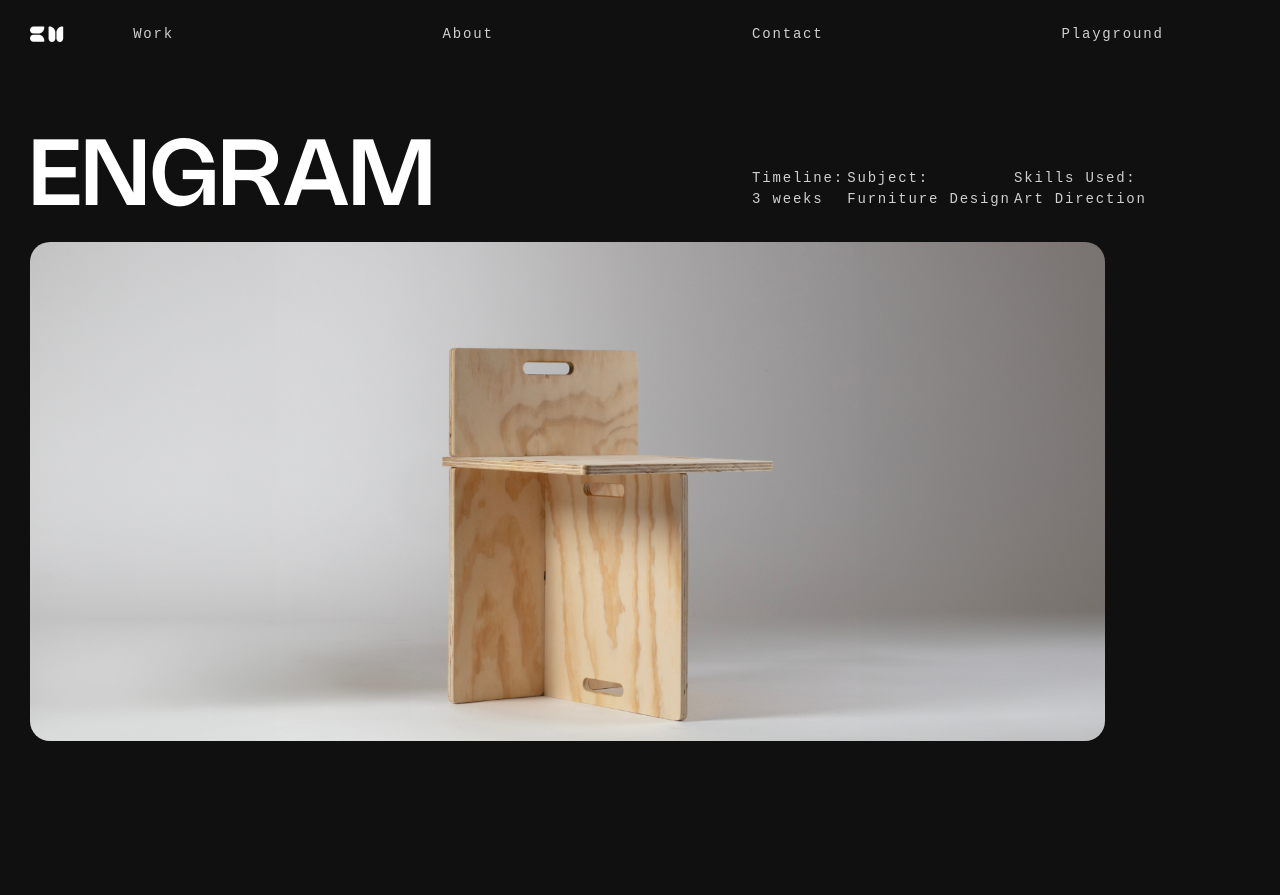
Repository: theethanwright/ethan_wright_portfolio
Page: work/work.html
These files come from the project's save history. The page is drawn as it stood at one moment and after the next save; the edit follows.
The browser window is 1280 px wide. The pictures show the whole page.

Above is the page before, as saved 2023-12-25 23:21:17.

### work/work.html
<!DOCTYPE html>
<html lang="en">
<head>
    <meta charset="UTF-8">
    <meta name="viewport" content="width=device-width, initial-scale=1.0">
    <script defer src="https://cdnjs.cloudflare.com/ajax/libs/matter-js/0.19.0/matter.min.js"></script>
    <script defer src="app.js"></script>
    <link rel="stylesheet" href="main.css">
    <link rel="stylesheet" href="layouts.css">
    <title>Work</title>
</head>
<body>
    <div class="navbar">
        <div class="logo">
            <svg xmlns="http://www.w3.org/2000/svg" width="16" height="17" viewBox="0 0 16 17" fill="none">
                <path d="M14.3673 0H3.61693C1.61938 0 0 1.6756 0 3.74249C0 5.80938 1.61938 7.48498 3.61693 7.48498H9.1428C12.5831 7.48498 15.372 4.59931 15.372 1.03958C15.372 0.46542 14.9221 0 14.3673 0Z" fill="white"/>
                <path d="M9.1428 8.72827H3.61693C1.61938 8.72827 0 10.4039 0 12.4708C0 14.5377 1.61938 16.2133 3.61693 16.2133H14.3673C14.9221 16.2133 15.372 15.7478 15.372 15.1737C15.372 11.6139 12.5831 8.72827 9.1428 8.72827Z" fill="white"/>
            </svg>
            <svg xmlns="http://www.w3.org/2000/svg" width="17" height="17" viewBox="0 0 17 17" fill="none">
                <path d="M1.63275 0C1.07786 0 0.628052 0.46542 0.628052 1.03958V12.8729C0.628052 14.9398 2.24743 16.6154 4.24498 16.6154C6.24253 16.6154 7.86191 14.9398 7.86191 12.8729V6.4454C7.86191 2.88567 5.07306 0 1.63275 0Z" fill="white"/>
                <path d="M15.2936 0C11.8532 0 9.06439 2.88567 9.06439 6.4454V12.8729C9.06439 14.9398 10.6838 16.6154 12.6813 16.6154C14.6789 16.6154 16.2983 14.9398 16.2983 12.8729V1.03958C16.2983 0.46542 15.8484 0 15.2936 0Z" fill="white"/>
            </svg>
        </div>
        <p>Work</p>
        <p>About</p>
        <p>Contact</p>
        <p>Playground</p>
        <a href="javascript:void(0);" class="icon" onclick="myFunction()">
            <i class="hamburger"><svg xmlns="http://www.w3.org/2000/svg" width="24" height="24" viewBox="0 0 24 24" fill="none">
                <rect y="2.26416" width="24" height="3.16981" fill="white"/>
                <rect y="17.6604" width="24" height="3.16981" fill="white"/>
                <rect x="1.81133" y="9.96225" width="22.1887" height="3.16981" fill="white"/>
              </svg></i>
        </a>
    </div>
    <div class="wrapper-project">
        <h1>Engram</h1>
        <div class="project-info">
        <p>Timeline:<br>3 weeks</p>
        <p>Subject:<br>Furniture Design</p>
        <p>Skills Used:<br>Art Direction</p>
        </div>
        <a href="">
            <img src="public/images/1.jpg" alt="">
        </a>
    </div>
</body>
</html>

### work/main.css


@font-face {
    font-family: "Nohemi";
    src: url(public/fonts/Nohemi-Medium.woff2);
  }

@import url('https://fonts.googleapis.com/css2?family=IBM+Plex+Mono&display=swap');

h1 {
  box-sizing: border-box;
  color: #FFF;
  font-family: "Nohemi";
  font-size: 7.176vw;
  font-style: normal;
  font-weight: 500;
  line-height: 65%; /* 186px */
  letter-spacing: 1.24px;
  text-transform: uppercase;
  margin: 0%;
}

p {
  box-sizing: border-box;
    color: rgba(255, 255, 255, 0.80);
    font-family: 'IBM Plex Mono', monospace;
    font-size: 14px;
    font-style: normal;
    font-weight: 400;
    line-height: 150%; /* 21px */
    letter-spacing: 1.82px;
    margin: 0%;
}

  body {
    box-sizing: border-box;
    display: block;
    overflow: scroll;
    background: #101010;
  }

  img {
    box-sizing: border-box;
    width: 100%;
    height: 69.293vh;
    object-fit: contain;

    border-radius: 20px;
  }

### work/layouts.css
@media screen and (min-width: 905px) {
    body {
      margin: 0%;
      padding: 0%;
    }

    .navbar {
        box-sizing: border-box;
        position: absolute;
        padding: 24px 30px;
        display: grid;
        margin: 0;
        width: 100%;
        grid-template-columns: repeat(12, 1fr);
        gap: 1.389vw;
    }

    .logo {
        grid-column-start: 1;
        display: flex;
        width: 34px;
        height: 16px;
        justify-content: center;
        align-items: center;
        gap: 3.256px;
        justify-self: start;
        align-self: center;
      }

      p:nth-child(2) {
        grid-column: 2 / span 2;
        justify-self: start;
        align-self: center;
      }

      p:nth-child(3) {
        grid-column: 5 / span 2;
        justify-self: start;
        align-self: center;
      }

      p:nth-child(4) {
        grid-column: 8 / span 2;
        justify-self: start;
        align-self: center;
      }

      p:nth-child(5) {
        grid-column: 11 / span 2;
        justify-self: start;
        align-self: center;
      }

      .hamburger {
        display: none;
      }

      .wrapper-project {
        box-sizing: border-box;
        display: grid;
        margin: 0;
        width: 100%;
        padding: 150px 30px;
        grid-template-columns: repeat(12, 1fr);
        gap: 32px 1.389vw;
      }

      .wrapper-project h1 {
        grid-column: 1 / span 4;
        justify-self: start;
        align-self: end;
      }

      .wrapper-project .project-info {
        grid-column: 8 / span 4;
        justify-self: stretch;
        align-self: end;

        display: flex;
        justify-content: space-between;
        align-items: flex-end;
      }

      .wrapper-project a {
        grid-column: 1 / span 12;
        justify-self: start;
        align-self: start;
      }

}

@media screen and (max-width: 904px) {
    .navbar {
        position: absolute;
        padding: 16px 30px;
        display: grid;
        margin: 0;
        grid-template-columns: repeat(8, 8.833vw);
        gap: 2.667vw;
    }

    .logo {
        grid-column-start: 1;
        display: flex;
        width: 34px;
        height: 16px;
        justify-content: center;
        align-items: center;
        gap: 3.256px;
        justify-self: start;
        align-self: center;
      }

    .navbar p {
        display: none;
    }

    .icon {
        display: grid;
        grid-column-start: 8;
        justify-self: end;
        align-self: center;
    }
}

@media screen and (max-width: 600px) {
    .navbar {
        position: absolute;
        padding: 16px 16px;
        display: grid;
        margin: 0;
        grid-template-columns: repeat(4, 19.444vw);
        gap: 4.444vw;
    }

    .logo {
        grid-column-start: 1;
        display: flex;
        width: 34px;
        height: 16px;
        justify-content: center;
        align-items: center;
        gap: 3.256px;
        justify-self: start;
        align-self: center;
      }

    .navbar p {
        display: none;
    }

    .icon {
        display: grid;
        grid-column-start: 4;
        justify-self: end;
        align-self: center;
    }
}

Loaded but not shown: work/app.js (common file)

After the next save:
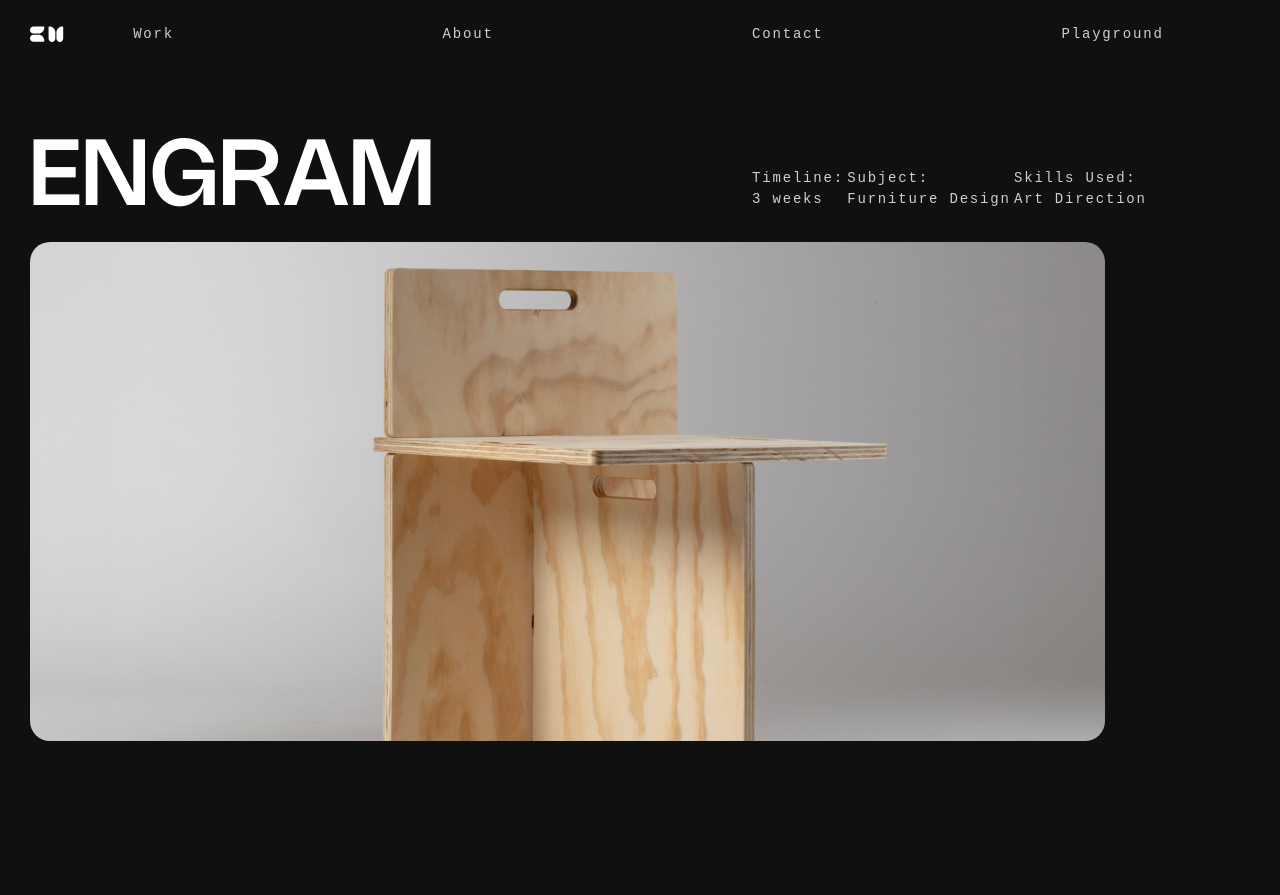
Saved 95 s later.
--- a/work/main.css
+++ b/work/main.css
@@ -43,7 +43,7 @@ p {
     box-sizing: border-box;
     width: 100%;
     height: 69.293vh;
-    object-fit: contain;
+    object-fit: none;
 
     border-radius: 20px;
   }
